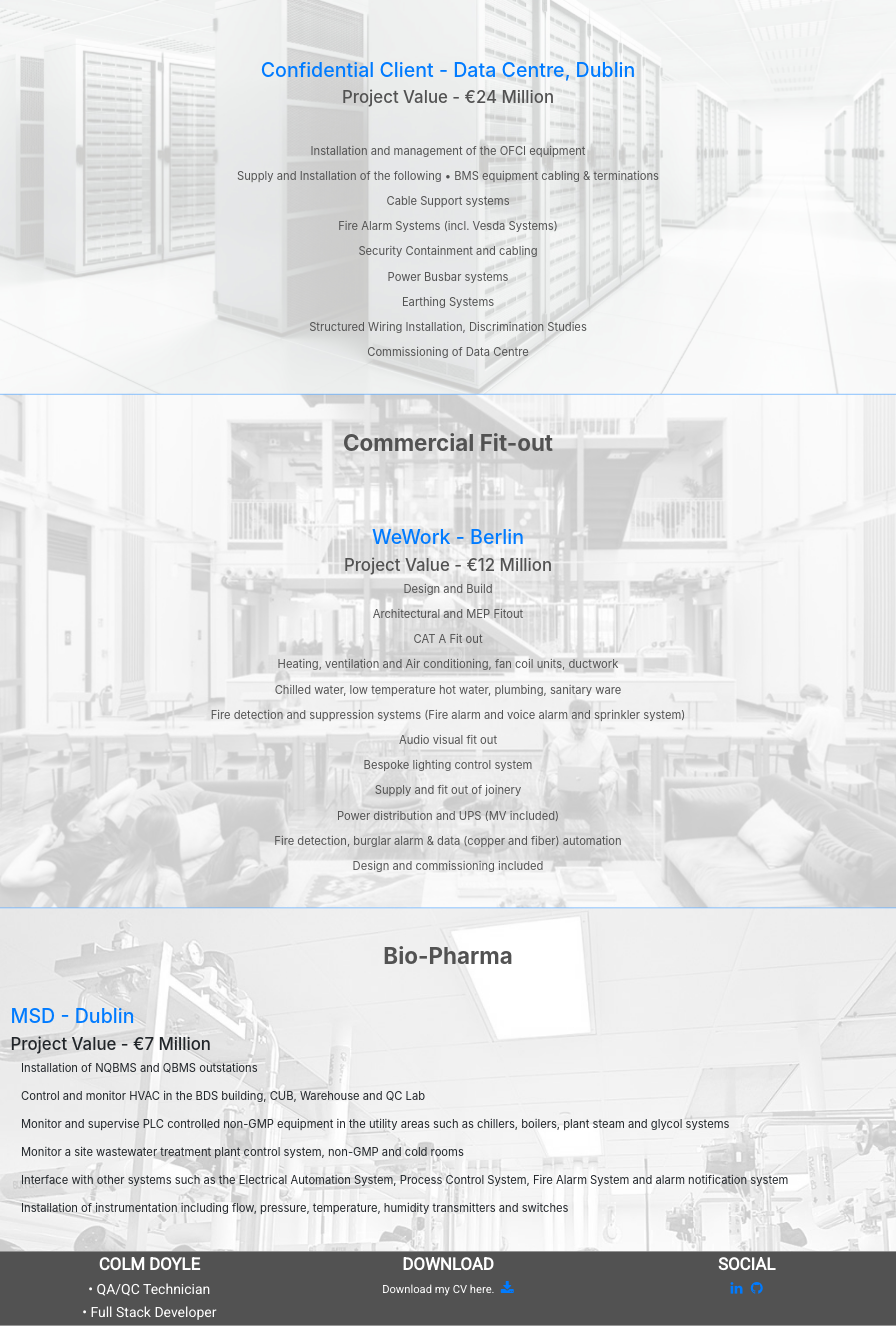
Repository: Code-Institute-Submissions/collyd21-milestone1
Page: projects.html
The author's editor kept a record of every edit. The page is drawn from the files as they stood at one moment, then again after the next edit.
The browser window is 1280 px wide. The pictures show the part of the page from y = 844 to 2764 px (the page is 2738 px tall before and 2764 px after), at 70% of full size.

Above is the page before.

After the next edit:
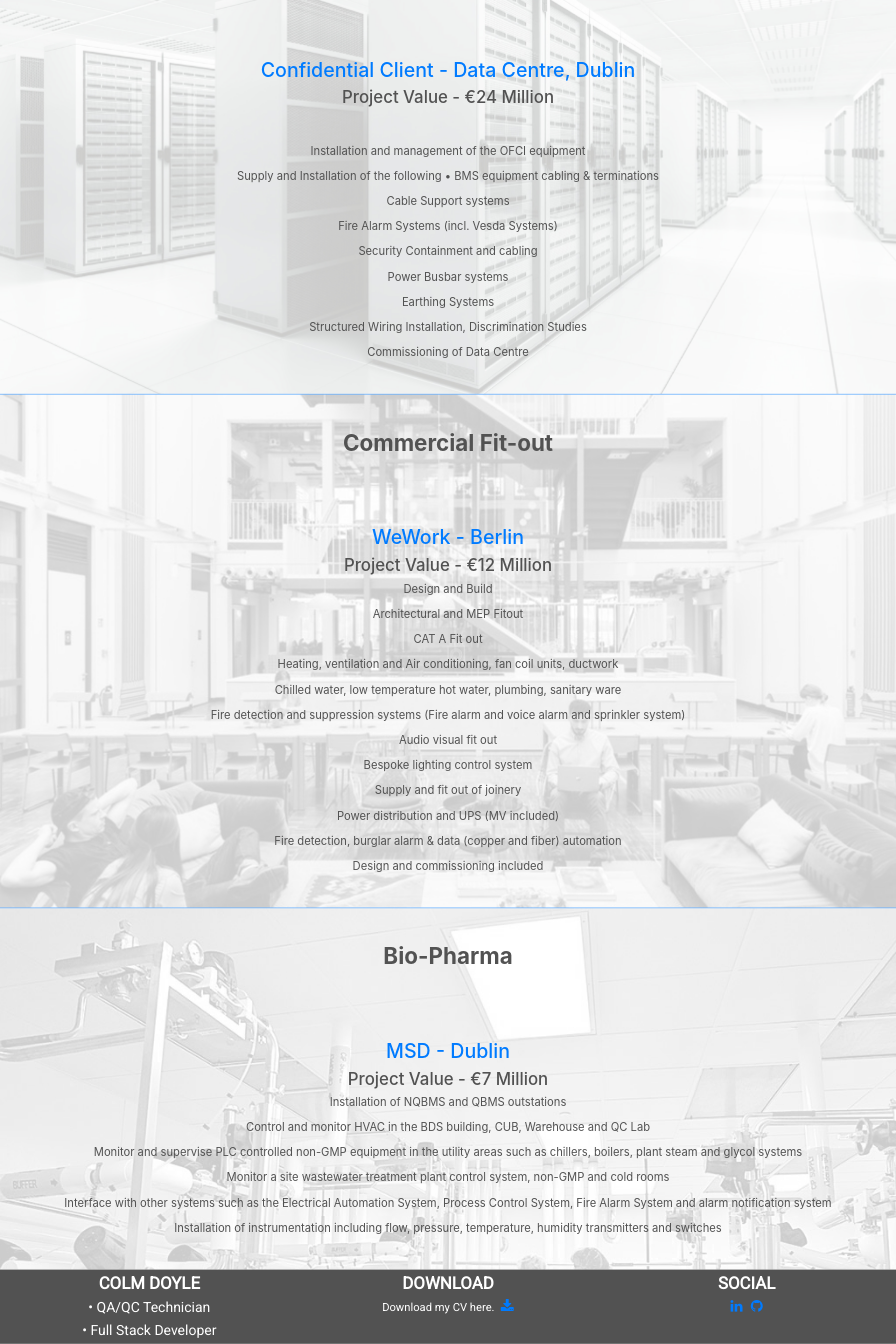
The edit:
--- a/projects.html
+++ b/projects.html
@@ -105,7 +105,7 @@
     <section class="container-fluid pharma">
         <h2 class="top-margin">Bio-Pharma</h2>
         <div class="row">
-            <article class="col-lg-12 col-md-12 col-sm-12 col-xs-12 resume">
+            <article class="col-lg-12 col-md-12 col-sm-12 col-xs-12 projects">
                 <h3 class="h3-colour">MSD - Dublin</h3>
                 <h4>Project Value - €7 Million</h4>
                 <div class="col-lg-12 col-md-12 col-sm-12 col-xs-12">
